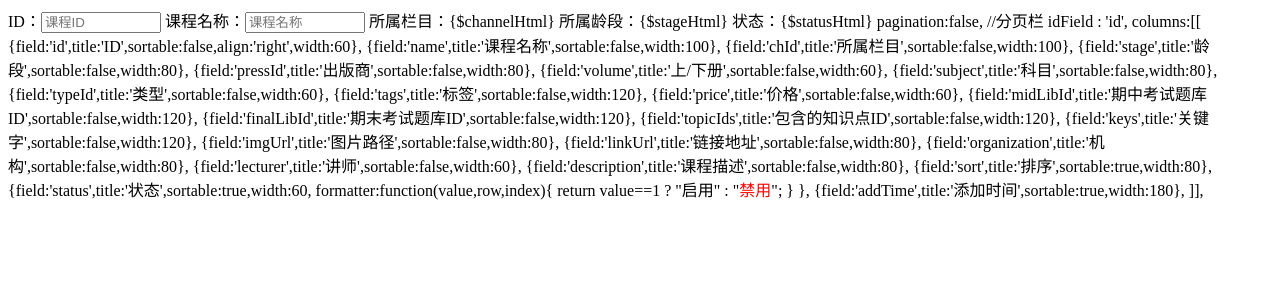
Repository: pridewu/hipi
Page: Education_dev_platform/branches/v1/Application/System/View/v1/Role/index.html
These files come from the project's save history. The page is drawn as it stood at one moment and after the next save; the edit follows.
The browser window is 1280 px wide. The pictures show the whole page.

Above is the page before, as saved 2014-12-05 10:05:14.

### Education_dev_platform/branches/v1/Application/System/View/v1/Role/index.html
<extend name="./base_list" />

<block name="search">
	ID：<input type="text" name="id" placeholder="课程ID" style="width: 120px"></input>
	课程名称：<input type="text" name="name" placeholder="课程名称" style="width: 120px"></input>
	所属栏目：{$channelHtml}
	所属龄段：{$stageHtml}
<!-- 	出版商：{$pressHtml}
	课程类型：{$typeHtml}
	科目：{$subjectHtml}
	关键字：{$keysHtml}
	标签：{$tagsHtml} -->
	状态：{$statusHtml}
</block>

<block name="datagrid_img">
    <div id="datagrid_img" class="datagrid_img" style="display: none;">
    </div>
</block>
<block name="datagrid">
		pagination:false, //分页栏
		idField : 'id',
	    columns:[[
            {field:'id',title:'ID',sortable:false,align:'right',width:60},
            {field:'name',title:'课程名称',sortable:false,width:100},
            {field:'chId',title:'所属栏目',sortable:false,width:100},
            {field:'stage',title:'龄段',sortable:false,width:80},
            {field:'pressId',title:'出版商',sortable:false,width:80},
            {field:'volume',title:'上/下册',sortable:false,width:60},
            {field:'subject',title:'科目',sortable:false,width:80},
            {field:'typeId',title:'类型',sortable:false,width:60},
            {field:'tags',title:'标签',sortable:false,width:120},
            {field:'price',title:'价格',sortable:false,width:60},
            {field:'midLibId',title:'期中考试题库ID',sortable:false,width:120},
            {field:'finalLibId',title:'期末考试题库ID',sortable:false,width:120},
            {field:'topicIds',title:'包含的知识点ID',sortable:false,width:120},
            {field:'keys',title:'关键字',sortable:false,width:120},
            {field:'imgUrl',title:'图片路径',sortable:false,width:80},
            {field:'linkUrl',title:'链接地址',sortable:false,width:80},
            {field:'organization',title:'机构',sortable:false,width:80},
            {field:'lecturer',title:'讲师',sortable:false,width:60},
            {field:'description',title:'课程描述',sortable:false,width:80},
            {field:'sort',title:'排序',sortable:true,width:80},
            {field:'status',title:'状态',sortable:true,width:60,
            	formatter:function(value,row,index){
            		return value==1 ? "启用" : "<font color=red>禁用</font>";
            	}
            },
            {field:'addTime',title:'添加时间',sortable:true,width:180},
        ]],
</block>

After the next save:
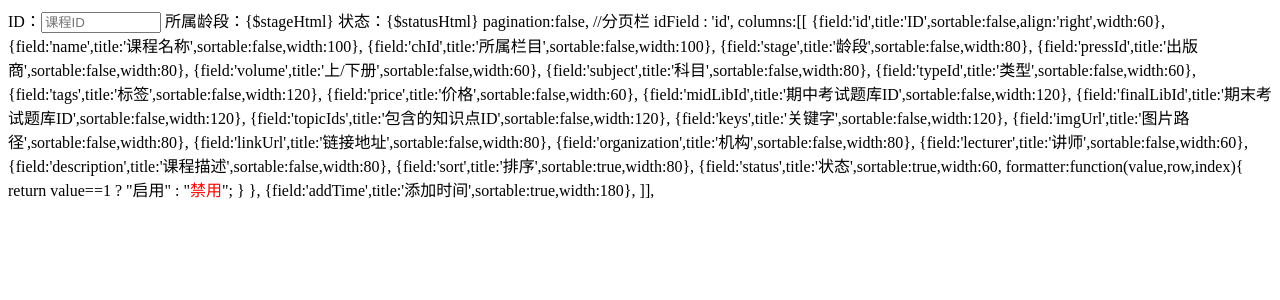
Saved 18 s later.
--- a/Education_dev_platform/branches/v1/Application/System/View/v1/Role/index.html
+++ b/Education_dev_platform/branches/v1/Application/System/View/v1/Role/index.html
@@ -2,8 +2,8 @@
 
 <block name="search">
 	ID：<input type="text" name="id" placeholder="课程ID" style="width: 120px"></input>
-	课程名称：<input type="text" name="name" placeholder="课程名称" style="width: 120px"></input>
-	所属栏目：{$channelHtml}
+<!-- 	课程名称：<input type="text" name="name" placeholder="课程名称" style="width: 120px"></input>
+	所属栏目：{$channelHtml} -->
 	所属龄段：{$stageHtml}
 <!-- 	出版商：{$pressHtml}
 	课程类型：{$typeHtml}
